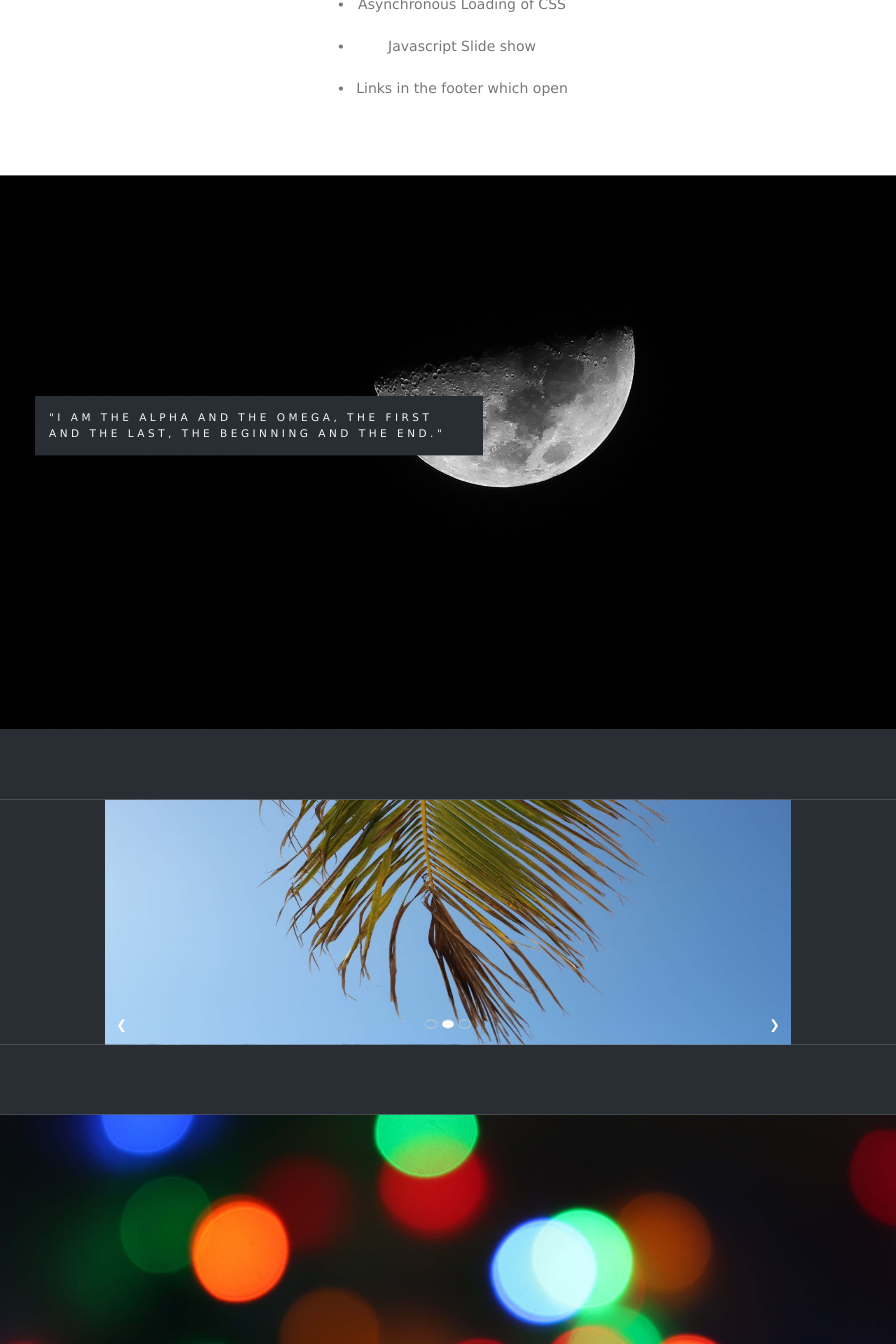
Repository: Jasondhillon/jasondhillon.github.io
Page: index.html
These files come from the project's save history. The page is drawn as it stood at one moment and after the next save; the edit follows.
The browser window is 1280 px wide. The pictures show the part of the page from y = 1472 to 3392 px (the page is 4126 px tall before and 4141 px after), at 70% of full size.
Backgrounds fixed to the window are drawn as part of the page.

Above is the page before, as saved 2020-04-07 17:37:59.

After the next save:
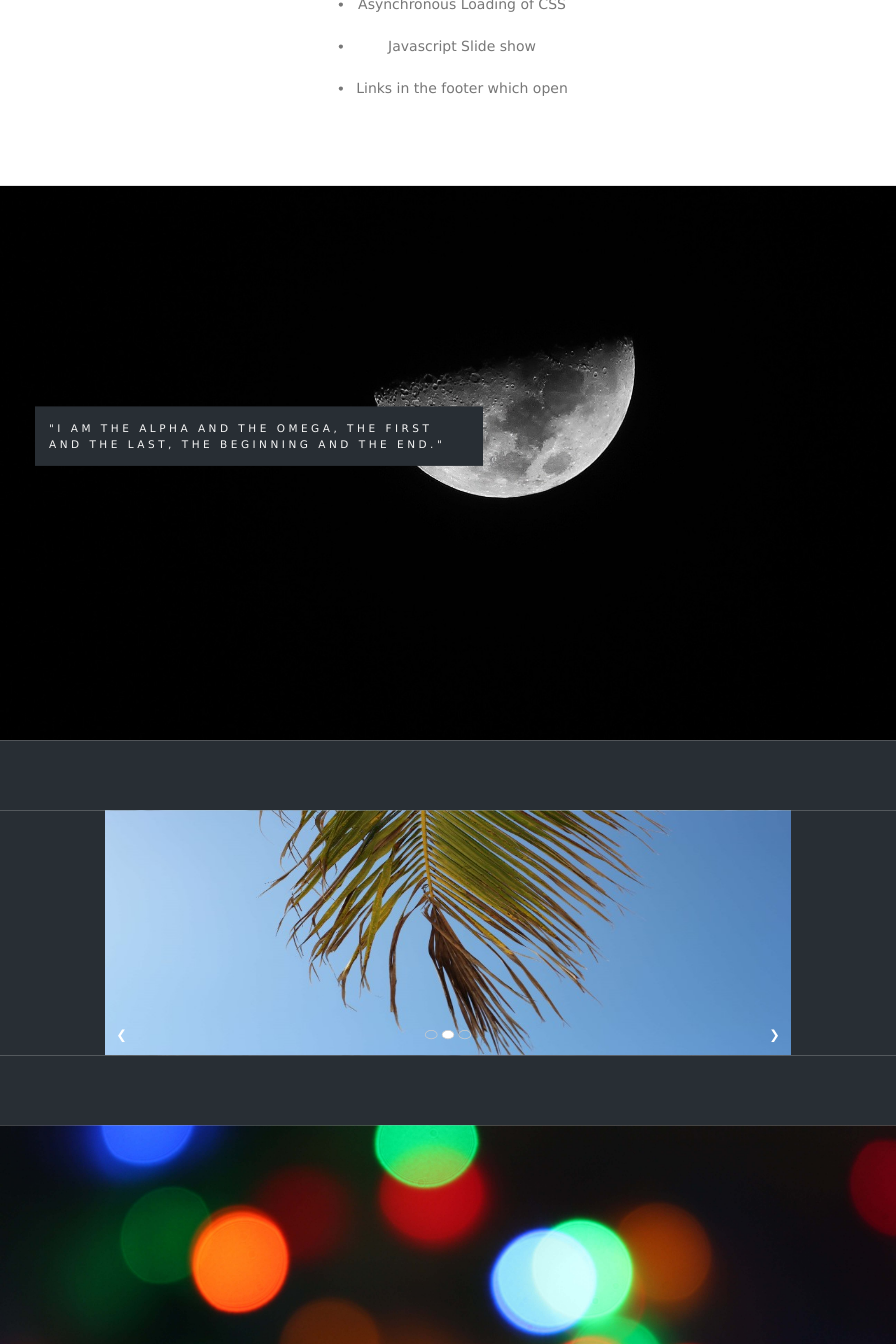
Saved 19 s later.
--- a/index.html
+++ b/index.html
@@ -203,7 +203,7 @@
     <p id="quote" >
       Hi there, welcome to my site, you will find various projects through the navbar at the top of the webpage.</p>
       <p id="quote">
-        On this particular page of this site I am demonstrating:</p>
+        On this particular page of this site I am demonstrating:
       <ul id="quote" style="width: 30%;">
         <li>Pure HTML/CSS/JS written without any libraries</li>
         <li> Javascript based welcome that gives a greeting based on the time of day (morning, evening, night)</li>
@@ -211,7 +211,7 @@
         <li>Asynchronous Loading of CSS</li>
         <li>Javascript Slide show</li>
         <li>Links in the footer which open </li>
-      </ul>
+      </ul></p>
   </div>
 
 <!-- Parallax/Moon -->
